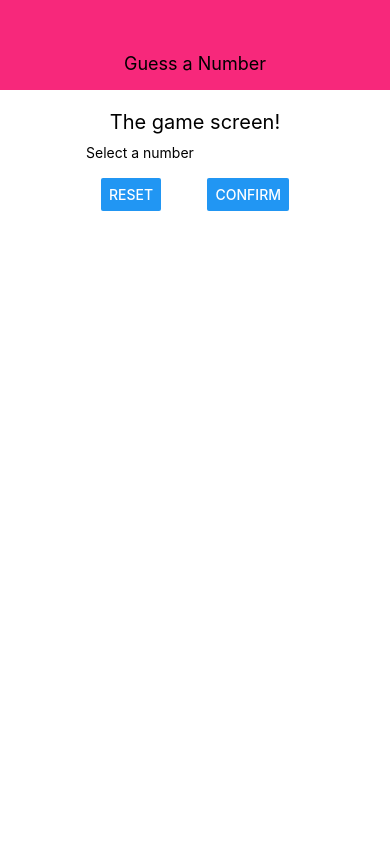
Repository: jes-wd/rn-num-guess
Screen: /
The author's editor kept a copy of each file at every save. The screen is drawn from the files as they stood at one save, then again after a run of saves.
The app was drawn by React Native's web renderer in a window 390 px wide. The project was rebuilt for these pictures with package versions that can differ from the ones it lists, and the page was loaded fresh each time.

Above is the screen before, as saved 2020-03-21 20:53:31.

### App.js
import React from 'react';
import { StyleSheet, View } from 'react-native';

import Header from './components/Header';
import StartGameScreen from './screens/StartGameScreen';

export default function App() {
  return (
    <View style={styles.screen}>
      <Header title="Guess a Number"/>
      <StartGameScreen />
    </View>
  );
};

const styles = StyleSheet.create({
  screen: {
    flex: 1,
  },
});

### components/Header.js
import React from 'react';
import { View, Text, StyleSheet } from 'react-native';

const Header = props => {
  return(
    <View style={styles.header}>
      <Text style={styles.headerTitle}>{props.title}</Text>
    </View>
  );
};

const styles = StyleSheet.create({
  header: {
    width: '100%',
    height: 90,
    paddingTop: 36,
    backgroundColor: '#f7287b',
    alignItems: 'center',
    justifyContent: 'center'
  },
  headerTitle: {
    color: 'black',
    fontSize: 18
  }
});

export default Header;

### screens/StartGameScreen.js
import React from 'react';
import { StyleSheet, View, Text, TextInput, Button } from 'react-native';

const StartGameScreen = props => {
  return (
    <View style={styles.screen}>
      <Text style={styles.title}>The game screen!</Text>
      <View style={styles.inputContainer}>
        <Text>Select a number</Text>
        <TextInput />
        <View style={styles.buttonContainer}>
          <Button title="Reset" onPress={() => {}} />
          <Button title="Confirm" onPress={() => {}} />
        </View>
      </View>
    </View>
  );
};

const styles = StyleSheet.create({
  screen: {
    flex: 1,
    padding: 10,
    alignItems: 'center'
  },
  title: {
    fontSize: 20,
    marginVertical: 10
  },
  inputContainer: {

  },
  buttonContainer: {
    flexDirection: 'row',
    width: '100%',
    justifyContent: 'space-between',
    paddingHorizontal: 15
  }
});

export default StartGameScreen;

After the next 2 saves:
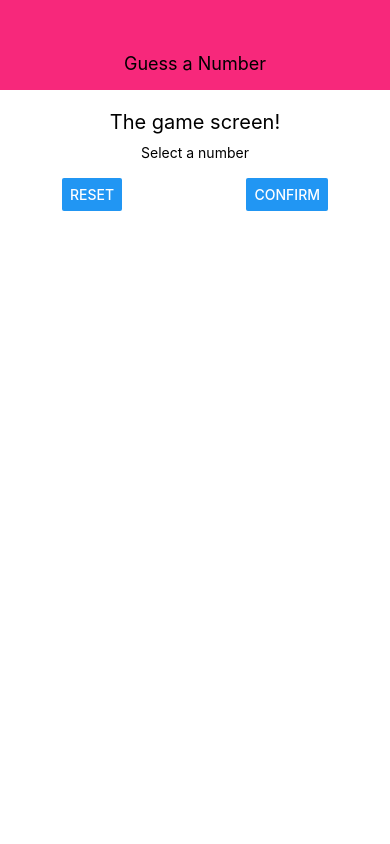
The 2 saves are shown as one change because 1 did not build or start.
The last was saved 3 min 1 s later.
--- a/screens/StartGameScreen.js
+++ b/screens/StartGameScreen.js
@@ -28,7 +28,9 @@ const styles = StyleSheet.create({
     marginVertical: 10
   },
   inputContainer: {
-
+    width: 300,
+    maxWidth: '80%',
+    alignItems: 'center'
   },
   buttonContainer: {
     flexDirection: 'row',
